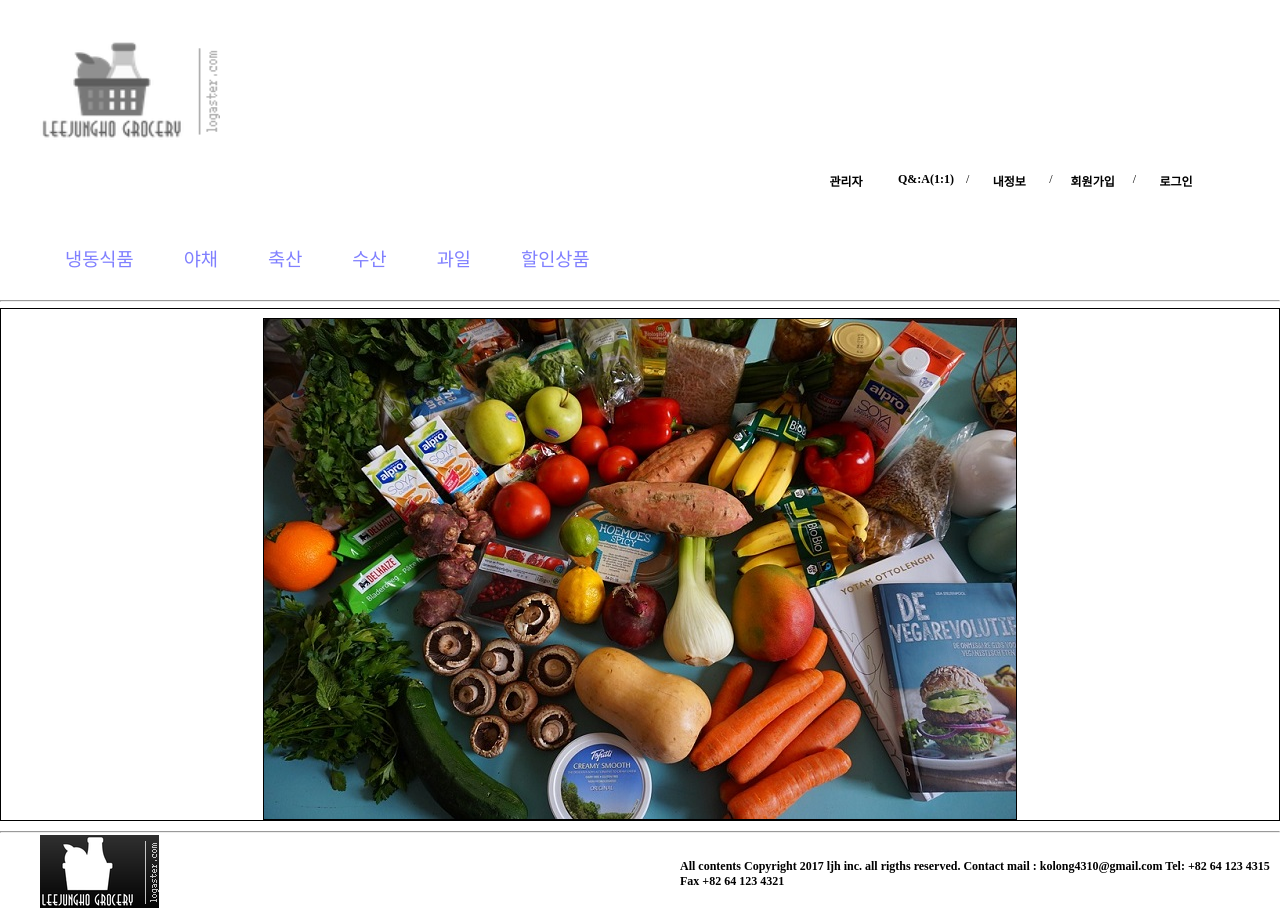
Repository: kolong4310/gitfth
Page: http://localhost/Shop/NonageServlet?command=index
These files come from the project's save history. The page is drawn as it stood at one moment and after the next save; the edit follows.
The browser window is 1280 px wide. The pictures show the whole page.
The page is served by Tomcat 9. Queries for data that is not in the repository find no rows.

Above is the page before, as saved 2017-05-09 08:28:37.

After the next save:
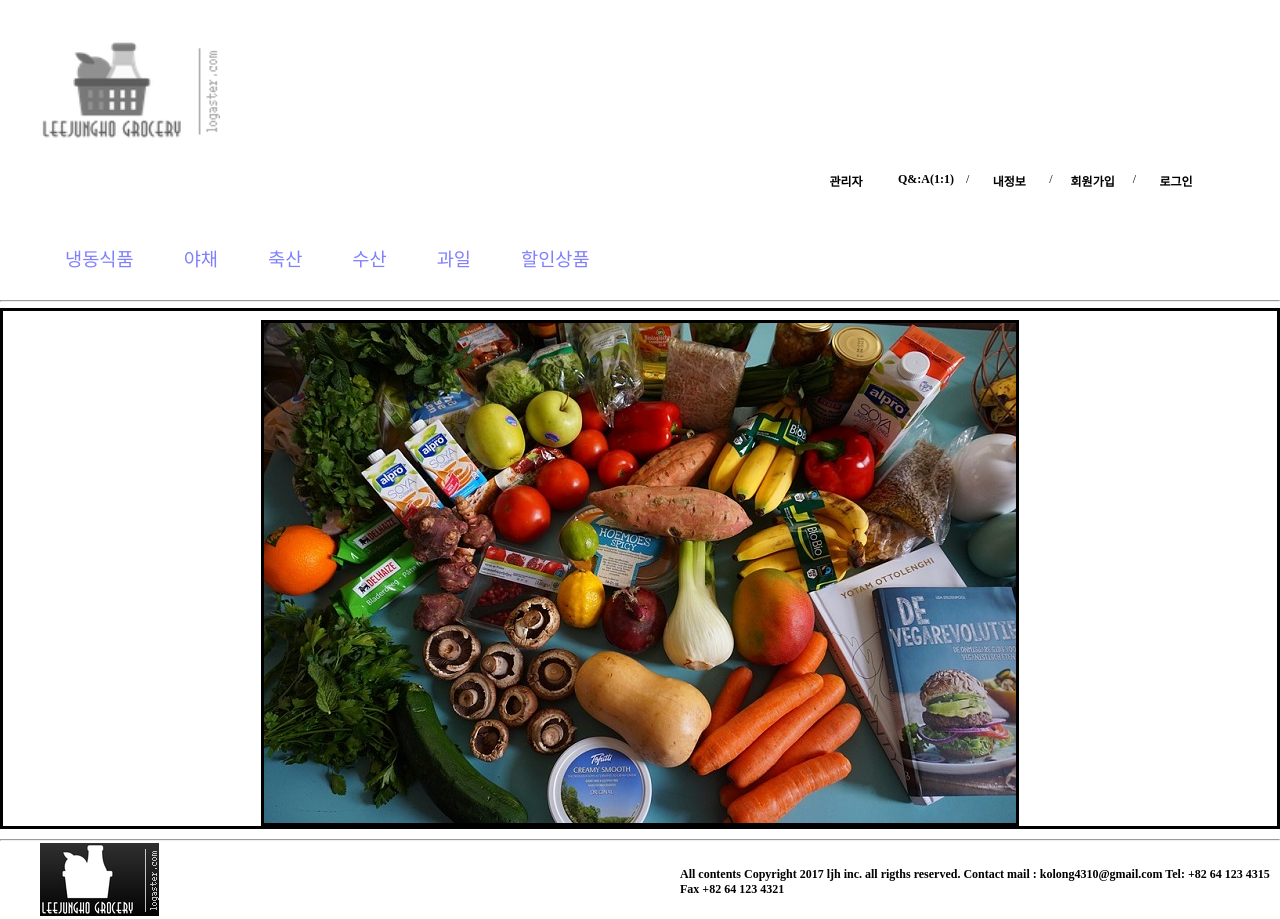
Saved 26 s later.
--- a/JspPro/Shop/WebContent/css/shopping.css
+++ b/JspPro/Shop/WebContent/css/shopping.css
@@ -167,12 +167,12 @@ footer #copy {
 
 #main_img{
 	text-align: center;
-	border: 1px solid black;
+	border: 3px solid black;
 }
 #main_img img{
 
 	margin:9px 0 0 0;
-		border: 1px solid black;
+	border: 3px solid black;
 }
 
 div#front{
@@ -181,10 +181,12 @@ div#front{
 
 #sub_img {
 	text-align: center;
+	border: 3px solid black;
 }
 
 #sub_img img {
 	margin: 9px 0 0 0;
+	border: 3px solid black;
 }
 
 
